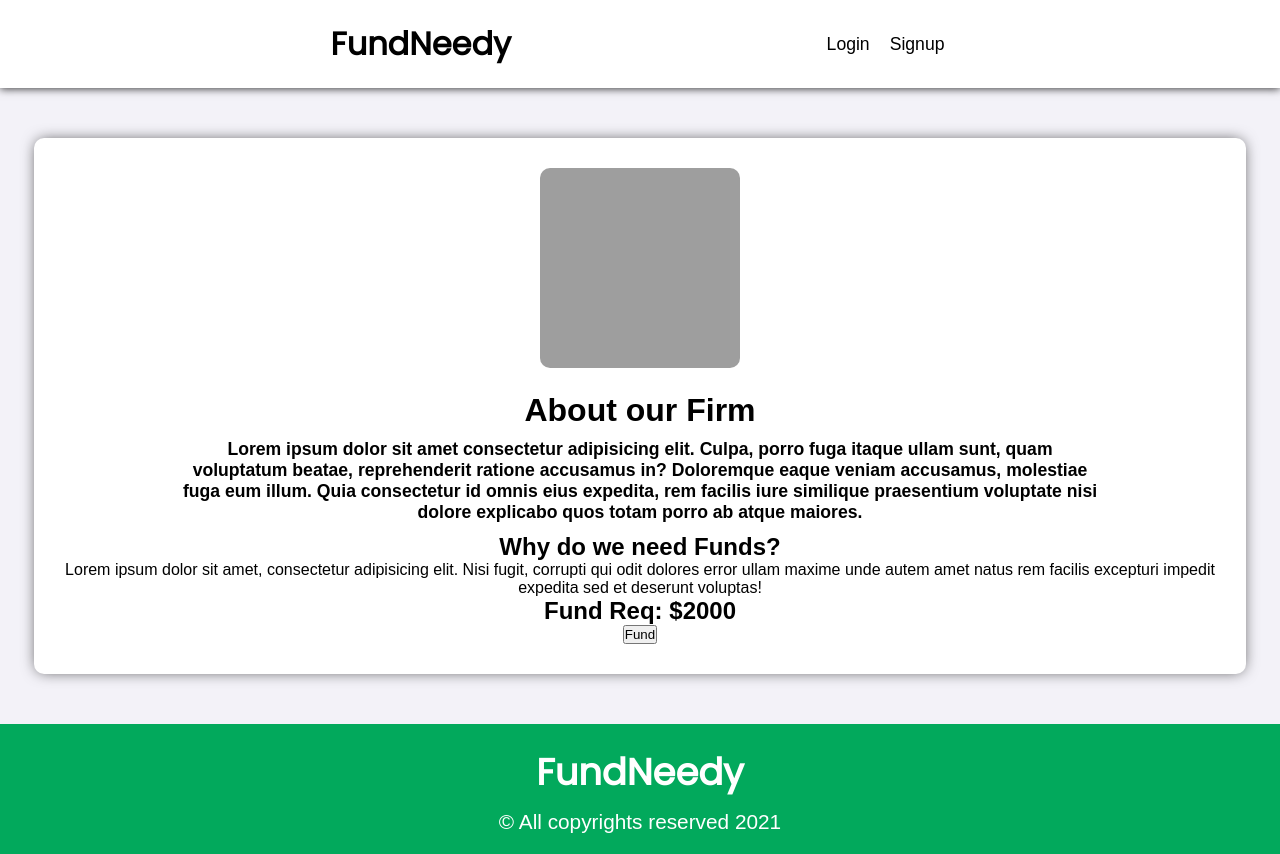
Repository: osdc/codejam
Page: /firmname (app in sassy-sandwiches/fund-needy/)
The author's editor kept a copy of each file at every save. The page is drawn from the files as they stood at one save, then again after the next save.
The browser window is 1280 px wide. The pictures show the whole page.
Pictures or frames that could not be fetched are drawn as grey boxes. The project was rebuilt for these pictures with package versions that can differ from the ones it lists, and the page was loaded fresh each time. Also part of the build but not shown: sassy-sandwiches/fund-needy/src/Showcase.css, sassy-sandwiches/fund-needy/src/Showcase.js, sassy-sandwiches/fund-needy/src/Needies.css, sassy-sandwiches/fund-needy/src/Needy.css, sassy-sandwiches/fund-needy/src/Needy.js, sassy-sandwiches/fund-needy/src/Needies.js.

Above is the page before, as saved 2021-01-09 22:20:47.

### sassy-sandwiches/fund-needy/public/index.html
<!DOCTYPE html>
<html lang="en">
  <head>
    <meta charset="utf-8" />
    <link rel="icon" href="%PUBLIC_URL%/favicon.ico" />
    <meta name="viewport" content="width=device-width, initial-scale=1" />
    <meta name="theme-color" content="#000000" />
    <meta
      name="description"
      content="Web site created using create-react-app"
    />
    <link rel="apple-touch-icon" href="%PUBLIC_URL%/logo192.png" />
    <link rel="manifest" href="%PUBLIC_URL%/manifest.json" />
    <title>FundNeedy</title>
  </head>
  <body>
    <noscript>You need to enable JavaScript to run this app.</noscript>
    <div id="root"></div>
  </body>
</html>

### sassy-sandwiches/fund-needy/src/App.js
import React from "react";
import "./App.css";
import Navbar from "./Navbar";
import Showcase from "./Showcase";
import Needies from "./Needies";
import Footer from "./Footer";
import { BrowserRouter as Router, Route, Switch } from "react-router-dom";
import FirmFund from "./FirmFund";

function App() {
  return (
    <div className="App">
      <Router>
        <Navbar />
        <Switch>
          <Route exact path="/" component={Showcase} />
          <Route path="/needies" component={Needies} />
          <Route path="/firmname" component={FirmFund} />
        </Switch>
        <Footer />
      </Router>
    </div>
  );
}

export default App;

### sassy-sandwiches/fund-needy/src/App.css
* {
  margin: 0;
  padding: 0;
  font-family: Arial, Helvetica, sans-serif;
}

body {
  background-color: #f3f2f8;
}

### sassy-sandwiches/fund-needy/src/Navbar.js
import React from "react";
import "./Navbar.css";

function Navbar() {
  return (
    <div className="navbar">
      <div className="navbar_logo">
        <h1>FundNeedy</h1>
      </div>
      <div className="navbar_login_signup">
        <button>Login</button>
        <button>Signup</button>
      </div>
    </div>
  );
}

export default Navbar;

### sassy-sandwiches/fund-needy/src/Footer.js
import React from "react";
import "./Footer.css";

function Footer() {
  return (
    <div className="footer">
      <h1>FundNeedy</h1>
      <p>© All copyrights reserved 2021</p>
    </div>
  );
}

export default Footer;

### sassy-sandwiches/fund-needy/src/FirmFund.js
import React from "react";
import "./FirmFund.css";

function FirmFund() {
  return (
    <div className="firmFund">
      <div className="firmFund_image">
        <img
          src="https://i.pinimg.com/originals/ba/fc/15/bafc1525cef9606c5c064694ca8e60fb.jpg"
          alt=""
        />
      </div>
      <div className="firmFund_about">
        <h2>About our Firm</h2>
        <p>
          Lorem ipsum dolor sit amet consectetur adipisicing elit. Culpa, porro
          fuga itaque ullam sunt, quam voluptatum beatae, reprehenderit ratione
          accusamus in? Doloremque eaque veniam accusamus, molestiae fuga eum
          illum. Quia consectetur id omnis eius expedita, rem facilis iure
          similique praesentium voluptate nisi dolore explicabo quos totam porro
          ab atque maiores.
        </p>
      </div>
      <div className="firmFund_need">
        <h2>Why do we need Funds?</h2>
        <p>
          Lorem ipsum dolor sit amet, consectetur adipisicing elit. Nisi fugit,
          corrupti qui odit dolores error ullam maxime unde autem amet natus rem
          facilis excepturi impedit expedita sed et deserunt voluptas!
        </p>
      </div>
      <div className="firmFund_fund">
        <h2>Fund Req: $2000</h2>
        <button>Fund</button>
      </div>
    </div>
  );
}

export default FirmFund;

### sassy-sandwiches/fund-needy/src/Navbar.css
@import url("https://fonts.googleapis.com/css2?family=Poppins&display=swap");

.navbar {
  display: flex;
  align-items: center;
  justify-content: space-evenly;
  padding: 20px;
  -webkit-box-shadow: 0px 1px 8px 0px rgba(0, 0, 0, 0.75);
  -moz-box-shadow: 0px 1px 8px 0px rgba(0, 0, 0, 0.75);
  box-shadow: 0px 1px 8px 0px rgba(0, 0, 0, 0.75);
  background-color: #fff;
  /* position: sticky; */
  top: 0;
  z-index: 10000;
}

.navbar_logo > h1 {
  font-family: "Poppins", sans-serif;
}

.navbar_login_signup {
  display: flex;
  align-items: center;
  justify-content: space-between;
}

.navbar_login_signup > button:nth-of-type(1) {
  margin-right: 10px;
}

.navbar_login_signup > button {
  padding: 5px;
  font-size: 1.1rem;
  outline: none;
  border: none;
  background-color: #fff;
  cursor: pointer;
  width: 100%;
}

### sassy-sandwiches/fund-needy/src/Footer.css
.footer {
  text-align: center;
  background-color: #02a95c;
  color: #fff;
  padding: 20px;
}

.footer > h1 {
  font-size: 2.3rem;
  font-family: "Poppins";
}

.footer > p {
  font-size: 1.3rem;
  font-weight: 400;
  margin-top: 10px;
}

### sassy-sandwiches/fund-needy/src/FirmFund.css
.firmFund {
  text-align: center;
  background-color: #fff;
  padding: 30px;
  width: 90%;
  margin: auto;
  margin-top: 50px;
  margin-bottom: 50px;
  border-radius: 10px;
  -webkit-box-shadow: 0px 0px 15px -3px rgba(0, 0, 0, 0.75);
  -moz-box-shadow: 0px 0px 15px -3px rgba(0, 0, 0, 0.75);
  box-shadow: 0px 0px 15px -3px rgba(0, 0, 0, 0.75);
}

.firmFund_image > img {
  height: 200px;
  width: 200px;
  border-radius: 10px;
}

.firmFund_about > h2 {
  font-size: 2rem;
  margin-top: 20px;
}

.firmFund_about > p {
  width: 80%;
  margin: auto;
  font-size: 1.1rem;
  font-weight: 600;
  margin-top: 10px;
  margin-bottom: 10px;
}

.firmFund_about {
}

Loaded but not shown: sassy-sandwiches/fund-needy/src/index.js (common file); sassy-sandwiches/fund-needy/src/index.css (common file)

After the next save:
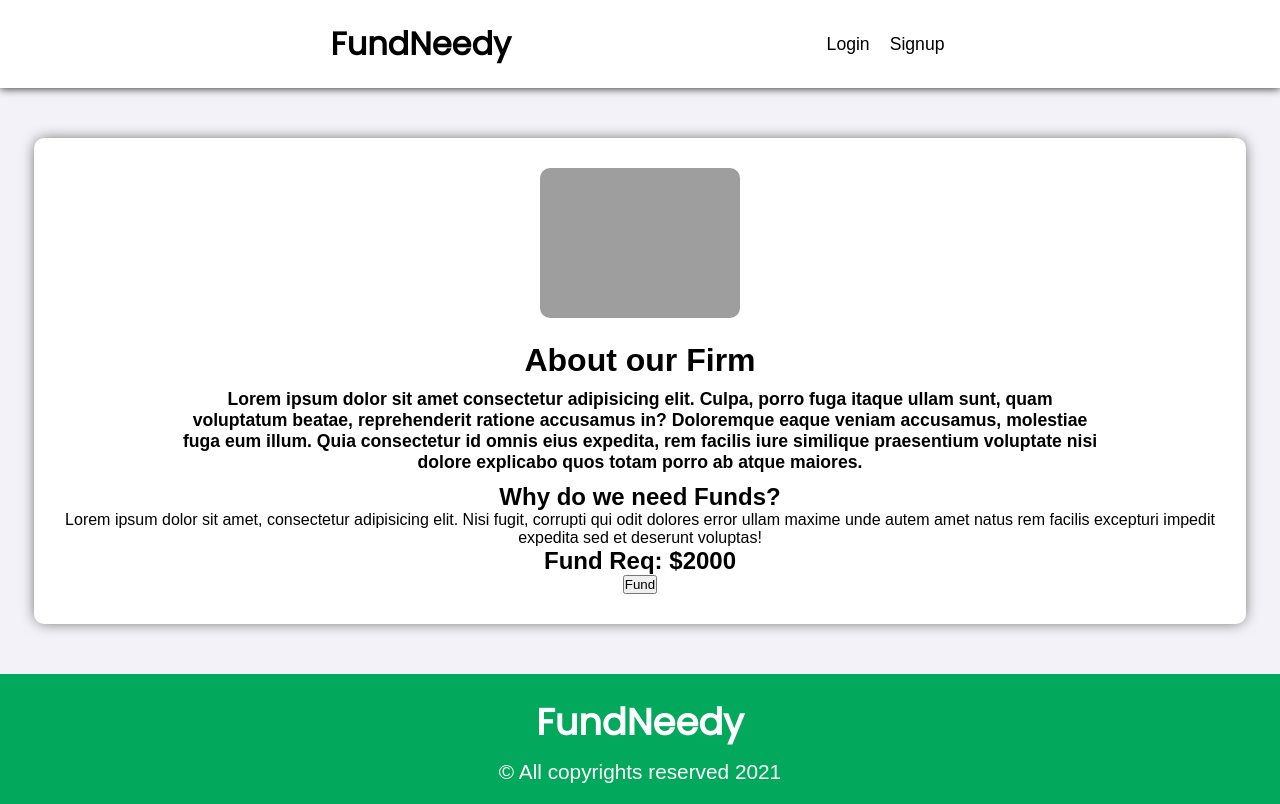
Saved 22 s later.
--- a/sassy-sandwiches/fund-needy/src/FirmFund.css
+++ b/sassy-sandwiches/fund-needy/src/FirmFund.css
@@ -13,7 +13,7 @@
 }
 
 .firmFund_image > img {
-  height: 200px;
+  height: 150px;
   width: 200px;
   border-radius: 10px;
 }

After the save that followed:
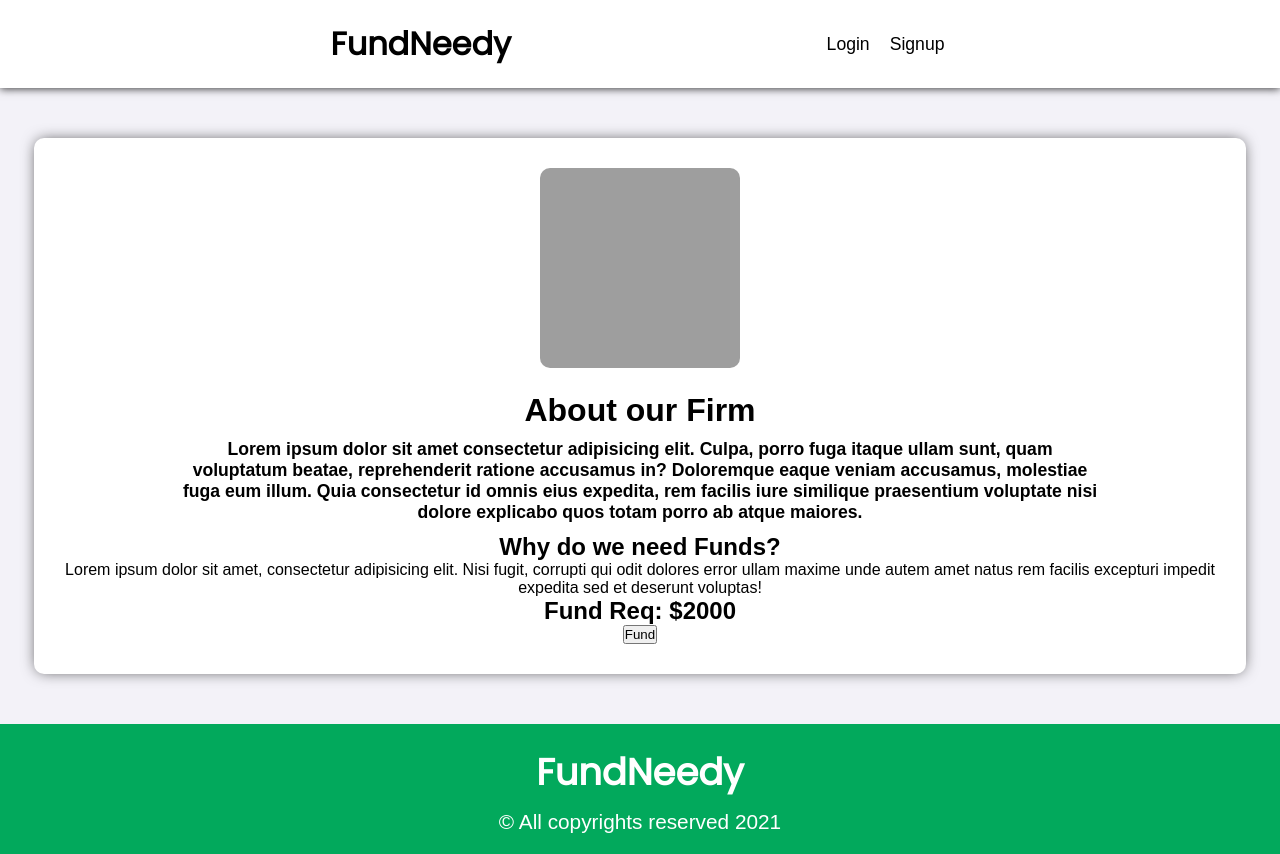
Saved 4 s later.
--- a/sassy-sandwiches/fund-needy/src/FirmFund.css
+++ b/sassy-sandwiches/fund-needy/src/FirmFund.css
@@ -13,7 +13,7 @@
 }
 
 .firmFund_image > img {
-  height: 150px;
+  height: 200px;
   width: 200px;
   border-radius: 10px;
 }
